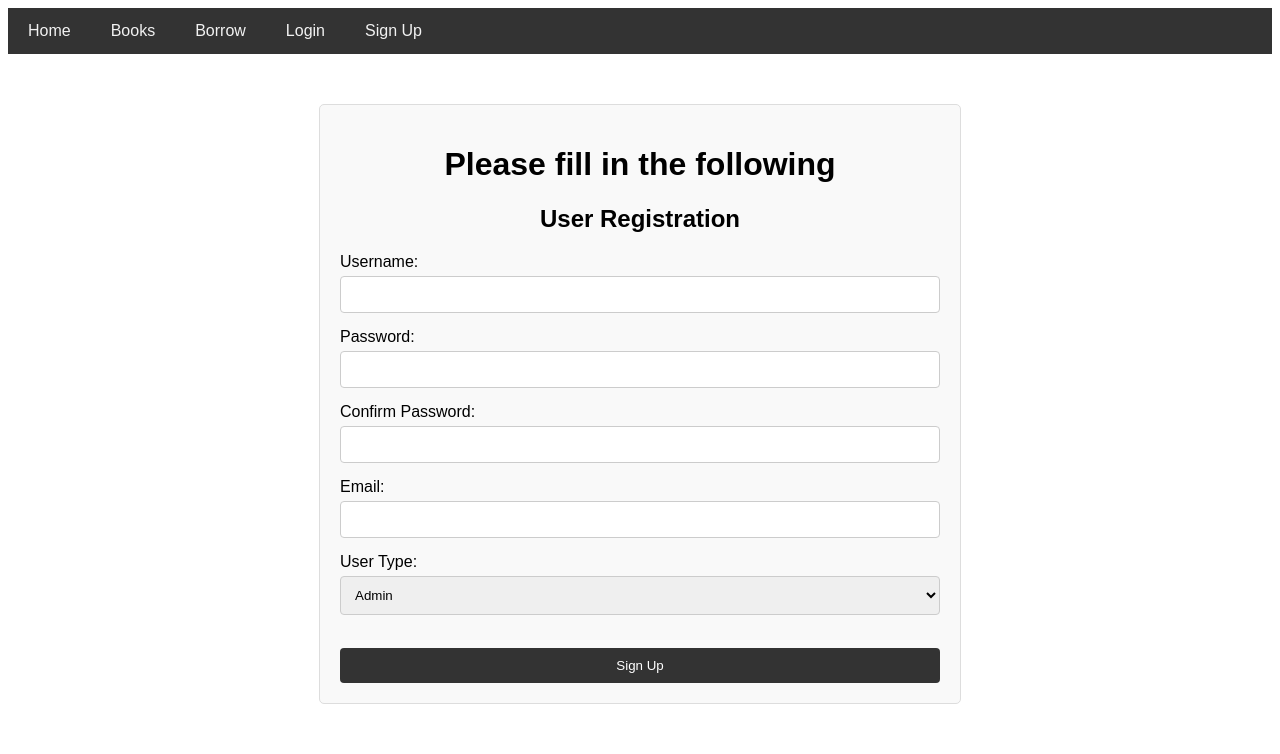
Repository: fadyesk12/Web-Technology-Course-Project
Page: auth/signup.html
An editor plug-in stored every save of this project. The page is shown before and after the next save, followed by the edit.
The browser window is 1280 px wide. The pictures show the whole page.

Above is the page before, as saved 2024-04-19 02:23:02.

After the next save:
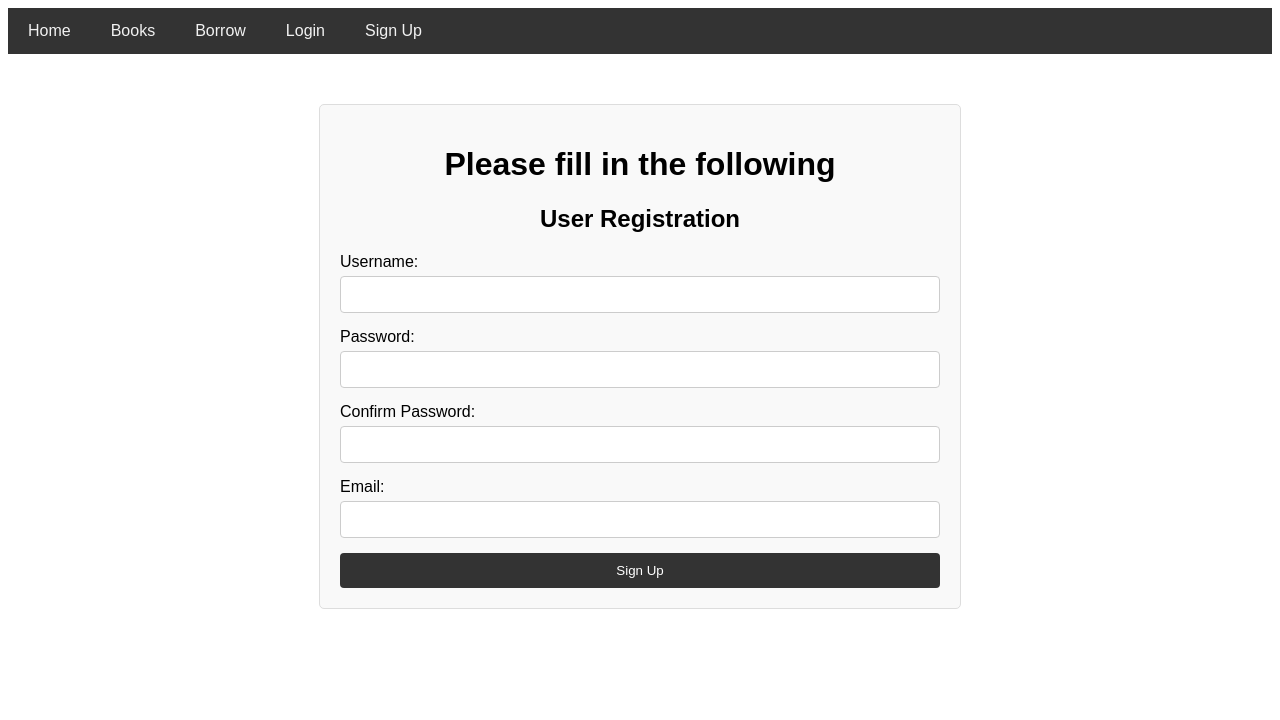
Saved 22 s later.
--- a/auth/signup.html
+++ b/auth/signup.html
@@ -37,11 +37,7 @@
         <input type="email" id="email" name="email" required>
       </div>
 
-        <label for="usertype">User Type:</label>
-        <select id="usertype" name="usertype" required>
-            <option value="admin">Admin</option>
-            <option value="user">User</option>
-        </select><br><br>
+
 
         <input type="submit" value="Sign Up">
     </form>

After the 3 saves that followed:
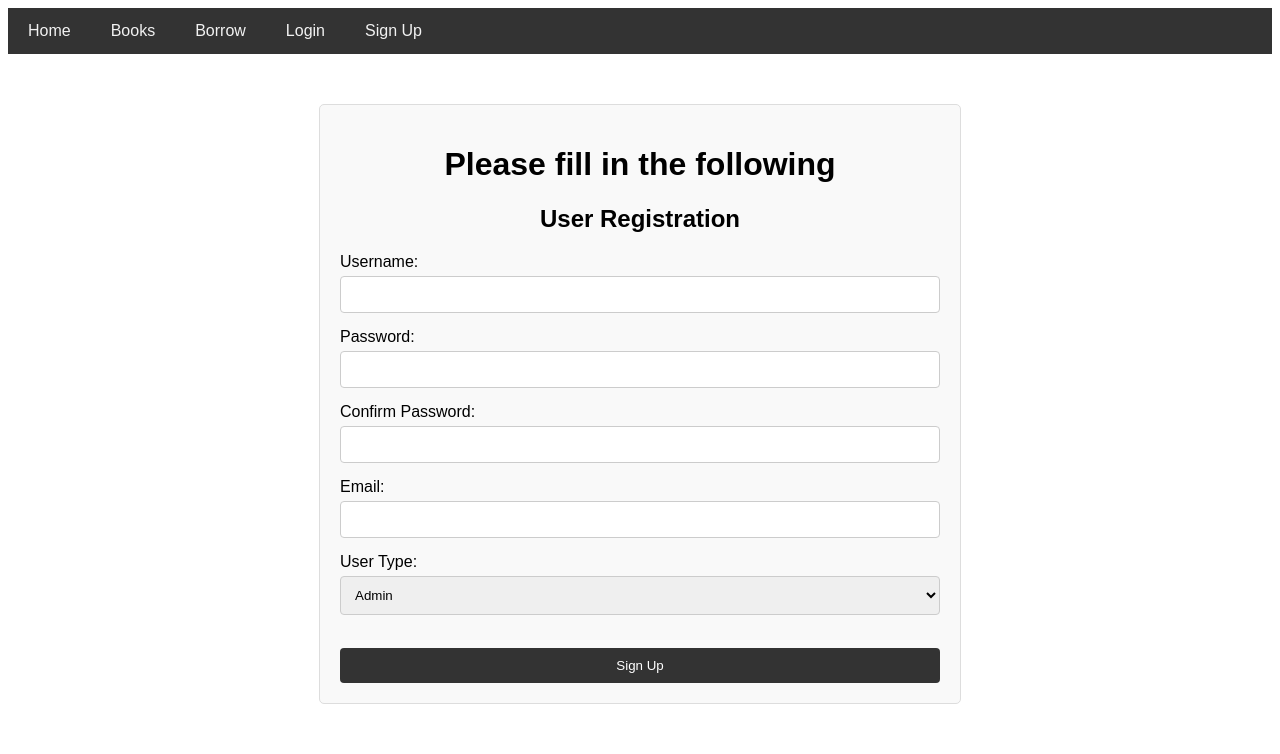
The 3 saves are shown as one change because they came seconds apart.
The last was saved 9 s later.
--- a/auth/signup.html
+++ b/auth/signup.html
@@ -36,9 +36,13 @@
         <label for="email">Email:</label>
         <input type="email" id="email" name="email" required>
       </div>
-
-
-
+      <div>
+        <label for="usertype">User Type:</label>
+        <select id="usertype" name="usertype" required>
+            <option value="admin">Admin</option>
+            <option value="user">User</option>
+        </select><br><br>
+      </div>
         <input type="submit" value="Sign Up">
     </form>
   </div>
